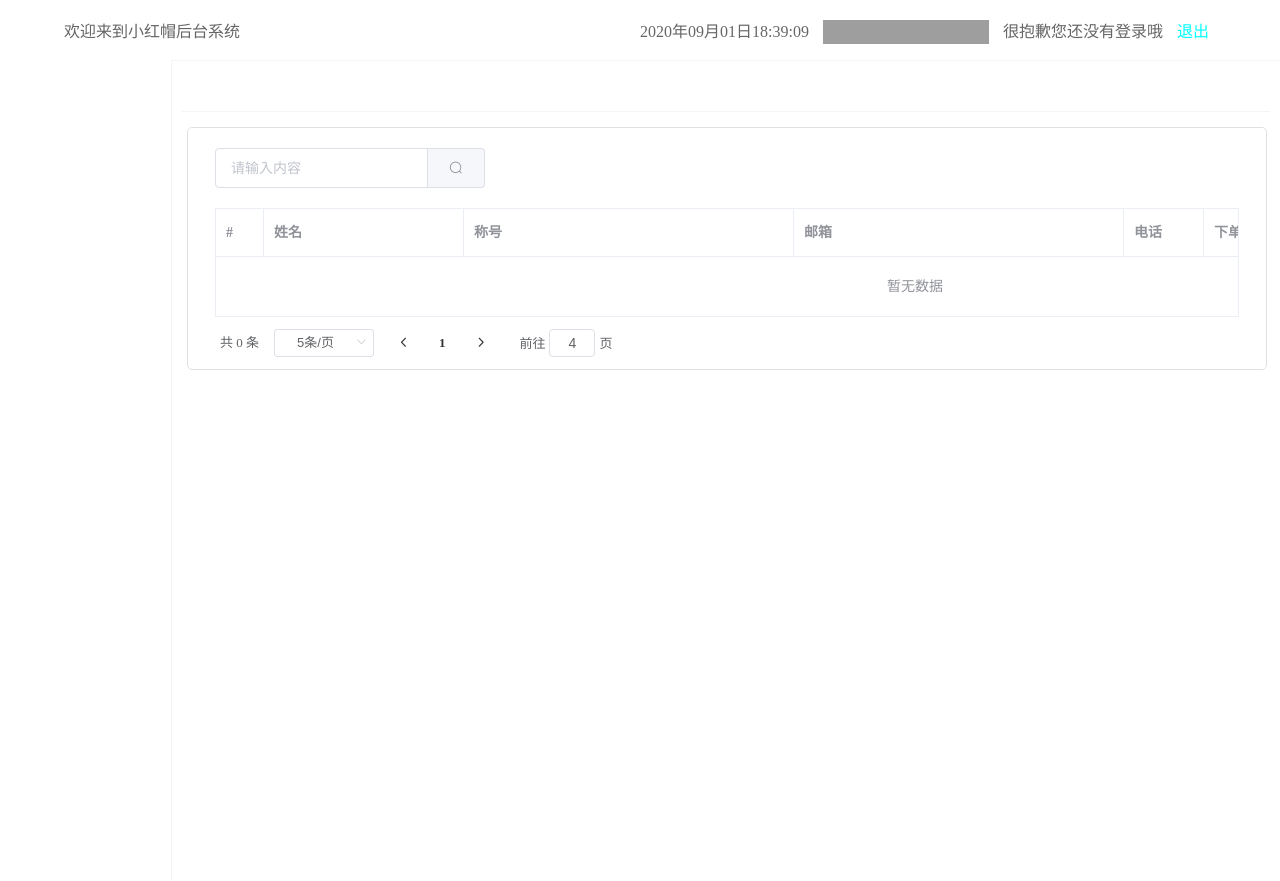
Repository: jinggegeZ/whitesystem
Page: /orders/orders
An editor plug-in stored every save of this project. The page is shown before and after the next save, followed by the edit.
The browser window is 1280 px wide. The pictures show the whole page.
Pictures or frames that could not be fetched are drawn as grey boxes. The page's requests for data from a server got no answer. The project was rebuilt for these pictures with package versions that can differ from the ones it lists, and the page was loaded fresh each time. No one was signed in, and anything a server would have sent is missing. Also part of the build but not shown: vue.config.js, src/views/Home.vue.

Above is the page before, as saved 2020-09-01 18:41:28.

After the next save:
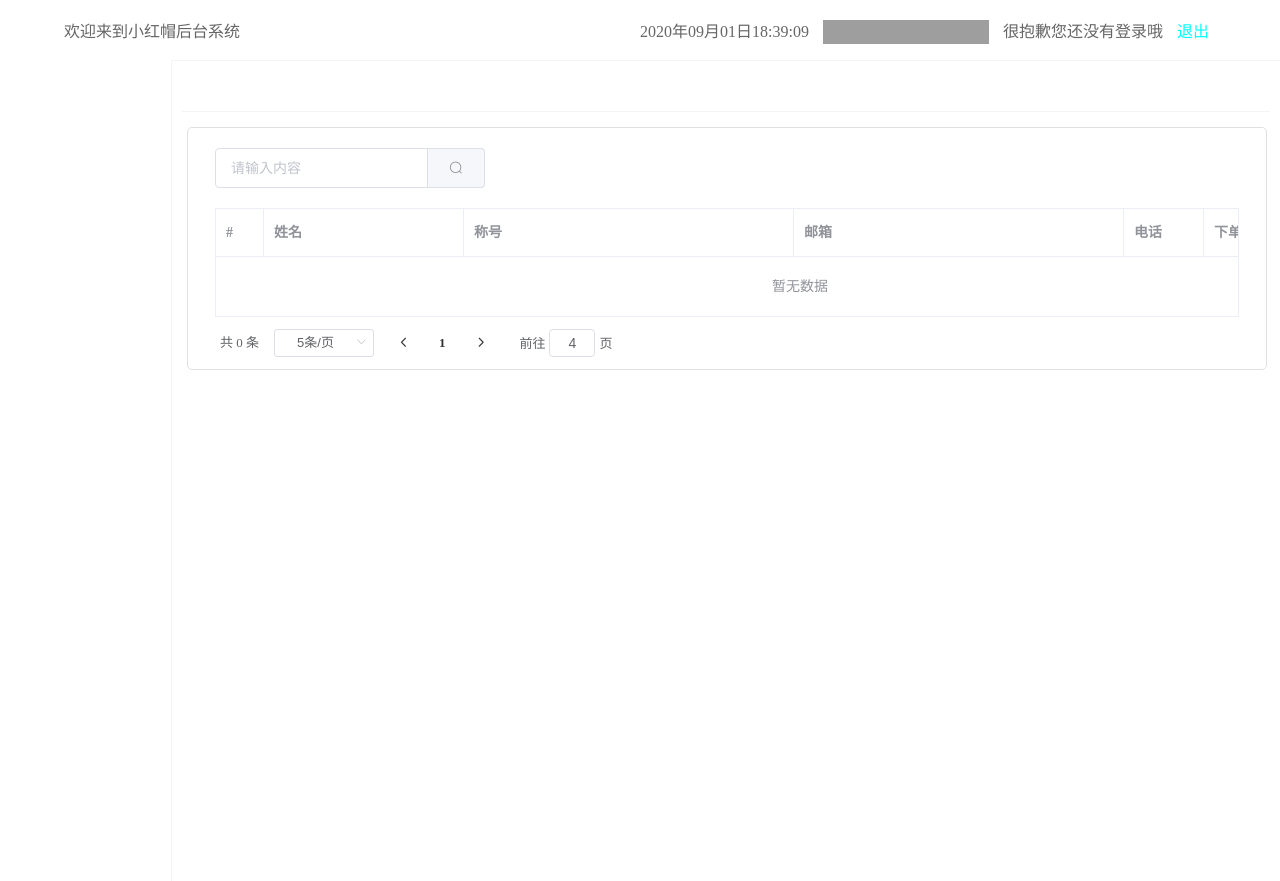
Saved 18 s later.
--- a/src/views/orderList/OrderList.vue
+++ b/src/views/orderList/OrderList.vue
@@ -27,7 +27,7 @@
             <!-- 下单时间 -->
             <el-table-column prop="time" label="下单时间"></el-table-column>
             <!-- 操作 -->
-            <el-table-column label="操作" width="330">
+            <el-table-column label="操作" width="100">
               <template slot-scope="scope">
                 <el-tooltip class="item" effect="dark" content="编辑角色" placement="top">
                   <el-button
